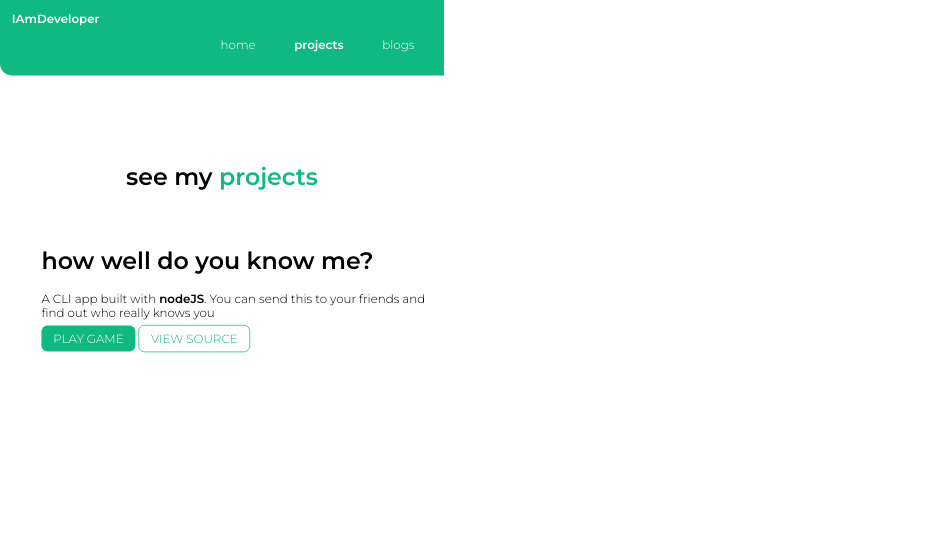
Repository: sohan2503001/Portfolio
Page: projects.html
An editor plug-in stored every save of this project. The page is shown before and after the next save, followed by the edit.
The browser window is 1280 px wide. The pictures show the whole page, at 74% of full size.

Above is the page before, as saved 2021-03-28 09:54:32.

### projects.html
<!DOCTYPE html>
<html lang="en">
  <head>
    <meta charset="UTF-8" />
    <meta name="viewport" content="width=device-width, initial-scale=1.0" />
    <title>Projects | Sohan</title>
    <link rel="stylesheet" href="style.css" />
  </head>
  <body>
    <nav class="navigation container">
      <div class="nav-brand">IAmDeveloper</div>
      <ul class="list-non-bullet nav-pills">
        <li class="list-item-inline">
          <a class="link" href="/">home</a>
        </li>
        <li class="list-item-inline">
          <a class="link link-active" href="projects.html">projects</a>
        </li>
        <li class="list-item-inline">
          <a class="link" href="blogs.html">blogs</a>
        </li>
      </ul>
    </nav>

    <header class="hero">
      <h1 class="hero-heading">
        see my<span class="heading-inverted"> projects</span>
      </h1>
    </header>

    <ol class="list list-non-bullet">

        <div class="container container-center">
        <li>
          <h1>how well do you know me?</h1>
          <p>
            A CLI app built with <strong>nodeJS</strong>. You can send this to
            your friends and find out who really knows you
          </p>

          <a class="link link-primary" href="https://replit.com/@Sohan250301/How-much-you-know-me?embed=1&output=1" target="_blank">PLAY GAME</a>
          <a class="link link-secondary" href="https://github.com/sohan2503001/Quiz1/blob/main/index.js" target="_blank">VIEW SOURCE</a>
        </li>
      </div>

    </ol>

  </body>
</html>

### style.css
@import url('https://fonts.googleapis.com/css2?family=Montserrat:wght@300;600&display=swap');

:root{
    --primary-color: #10B981;
    --dark-gray: #4B5563;
    --off-white:#E5E7EB;
}

body {
    font-family: 'Montserrat', sans-serif;
    margin:  0px;
    max-width: 600px;
    width: 100%;
}

hr{
    margin: 2rem 0rem;
}

/** container **/
.container{
    padding: 0rem 1rem;
}

.container-center{
    max-width: 600px;
    margin: auto;
}

/** links **/
.link{
    text-decoration: none;
    padding: 0.5rem 1rem;
    /*margin: 1rem 0rem 1rem 0rem;*/
}

.link-primary{
    background-color: var(--primary-color);
    border-radius: 0.5rem;
    color:white;
}

.link-secondary{
    color: var(--primary-color);
    border-radius: 0.5rem;
    border: 1px solid var(--primary-color);
}

/** lists **/

.list-non-bullet{
    list-style: none;
}

.list-item-inline{
    display: inline;
    padding: 0rem 0.5rem;
}

/** navigation **/

.navigation{
    background-color: var(--primary-color);
    color: white;
    padding: 1rem;
    border-bottom-left-radius: 1rem;
}

.navigation .nav-brand{
    font-weight: bold;
}

.navigation .nav-pills{
    text-align: right;
}

.navigation .link{
    color: white;
}

.navigation .link-active{
    font-weight: bold;
}

/**header **/

.hero{
    padding: 2rem;
    padding-top: 5rem;
}

.hero .hero-img{
    max-width: 350px;
    display: block;
    margin: auto;
}

.hero .hero-heading{
    padding-top: 1rem;
    color: var(--dark-red);
    text-align: center;
}

.hero .hero-heading .heading-inverted{
    color: var(--primary-color)
}

/** section **/
.section{
    padding: 2rem;
}

.section h1{
    text-align: center;
}

.ow {
    background-color: var(--off-white);
}

/**footer **/

.footer{
    background-color: var(--primary-color);
    padding: 2rem 1rem;
    text-align: center;
    color: white;
    border-top-right-radius: 1rem;
}

.footer .link{
    color: white;
}

.footer .footer-header{
    font-weight: bold;
    font-size: large;
}

.footer ul{
    padding-inline-start: 0px;
}

After the next save:
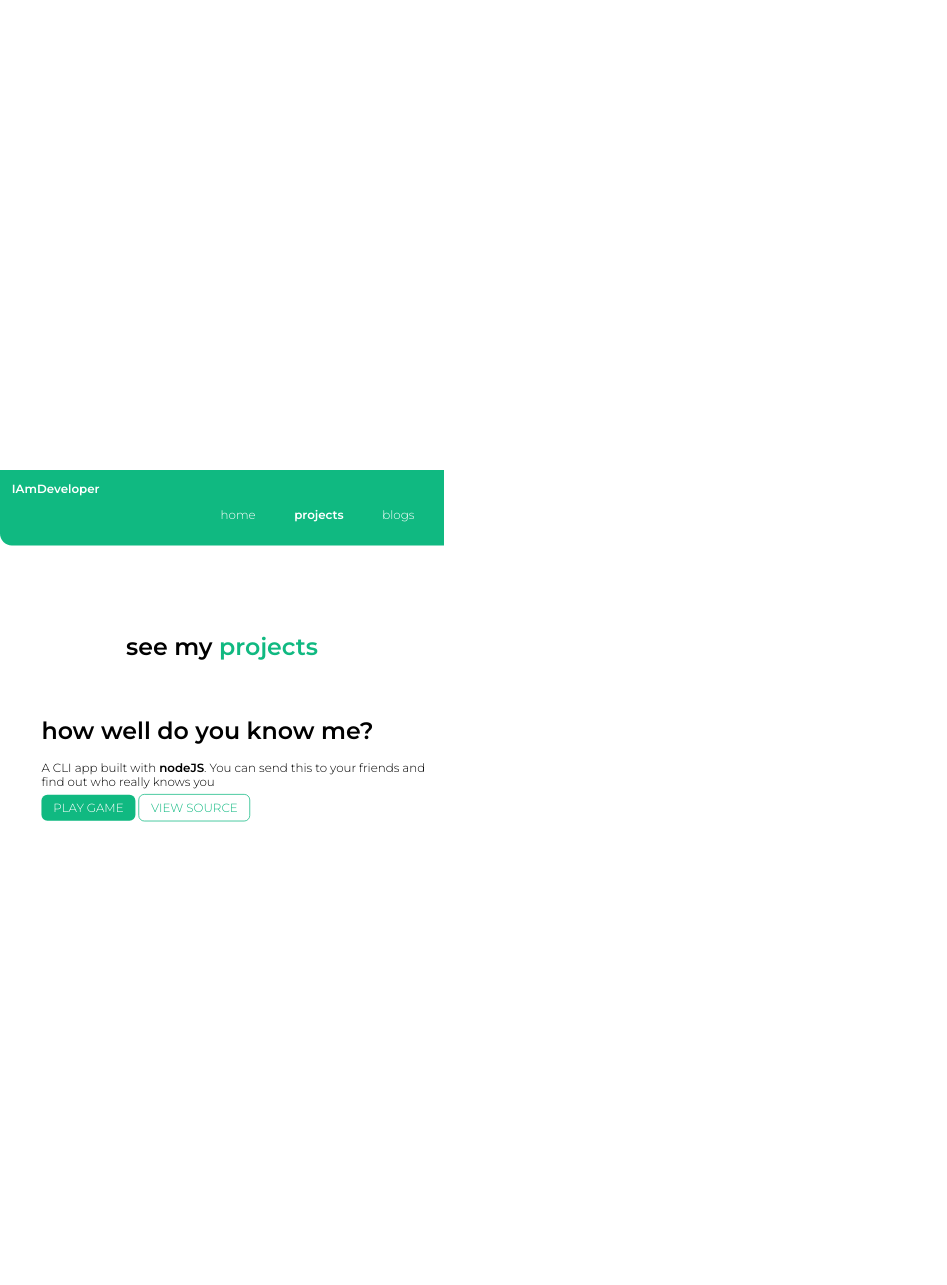
Saved 4 s later.
--- a/style.css
+++ b/style.css
@@ -8,7 +8,7 @@
 
 body {
     font-family: 'Montserrat', sans-serif;
-    margin:  0px;
+    margin: 39.667rem 0px;
     max-width: 600px;
     width: 100%;
 }
